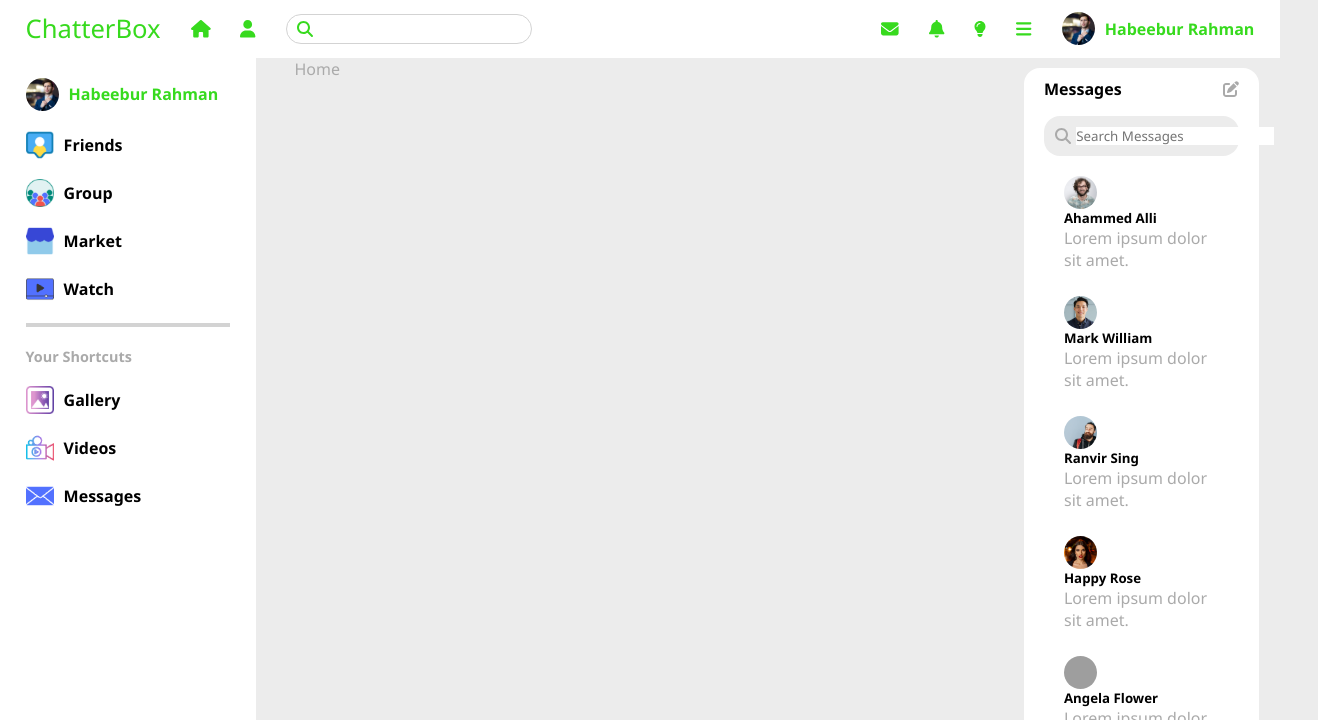
Repository: Habeebur1493/social-media-app
Page: /
An editor plug-in stored every save of this project. The page is shown before and after the next save, followed by the edit.
The browser window is 1280 px wide. The page is 1318 px wide, so the pictures cover 1318 px, including what lies to the right of the window. The pictures show the whole page.
Pictures or frames that could not be fetched are drawn as grey boxes. The project was rebuilt for these pictures with package versions that can differ from the ones it lists, and the page was loaded fresh each time. Also part of the build but not shown: vite.config.js, src/pages/login/login.css, src/pages/login/Login.jsx, src/pages/signup/signup.css, src/pages/signup/Signup.jsx, src/pages/profile/Profile.jsx, src/pages/chatbox/Chatbox.jsx.

Above is the page before, as saved 2025-01-29 11:51:39.

### src/App.jsx
import './App.css'
import Layout from './Layout/layout'

function App() {

  return (
    <>
      <Layout />

    </>
  )
}

export default App

### src/App.css
*{
  margin: 0;
  padding: 0;
  box-sizing: border-box;
  text-align: none;
  list-style: none;
  font-family: 'Segoe UI', Tahoma, Geneva, Verdana, sans-serif;
  text-decoration: none;
  outline: none;
  border: none;
}

:root{
  --color-primary:#37da1e;
  --text-color: black;
  --color-bg:rgb(236, 236, 236);
  --color-card: white;
  --color-soft:#aaaaaa;
  --color-border:lightgray;
  --color-red:red;
}

.darkmode{
  --text-color: white;
  --color-bg:black;
  --color-card:#111111;

}

body{
  overflow-x: hidden;
}

.container{
  max-width: 991px;
  width: 100%;
  margin: 0 auto;
}
h1,h2,h3,h4,h5{
  font-weight: 600;
  color: var(--text-color);
}
img{
  width: 100%;
  display: block;
  object-fit: cover;
}
.user{
  display: flex;
  align-items: center;
  gap: 10px;
}
.user img{
  width: 33px;
  aspect-ratio: 1/1;
  border-radius: 50%;
}
.user h4{
  color: var(--color-primary)
}
body{
  background: var(--color-bg);
  color: var(--color-soft);
}
small,p{
  color: var(--color-soft);
}
.btn{
  padding: .6rem 1.6rem;
  display: inline-block;
  width: fit-content;
  cursor: pointer;
  border-radius: .5rem;
  font-size: .9rem;
  font-weight: 500;
  border: none;
  transition: .3s ease;

}
.btn:hover{
  opacity: .7;
}
.btn-primary{
  background: var(--color-primary);
  color: white;
}

.btn-red{
  background: var(--color-red);
  color: white;
}

main{
  display: grid;
  grid-template-columns: 20% 54% 23%;
  gap: 3%;
  width: 100%;
}

### src/Layout/layout.jsx
import React from 'react'

import { createBrowserRouter, Outlet, RouterProvider } from 'react-router-dom'

//Pages.....
import Login from '../pages/login/Login'
import Signup from '../pages/signup/Signup'
import Home from '../pages/home/Home'
import Profile from '../pages/profile/Profile'
import Chatbox from '../pages/chatbox/Chatbox'


//Components.....
import Nav from '../components/nav/Nav'
import LeftBar from '../components/leftbar/LeftBar'
import RightBar from '../components/rightbar/RightBar'

export default function layout() {

//Feed..........
const Feed = () => {
    return (
        <>
        <Nav/>
            <main>
                <LeftBar/>
                <div className="container">
                    <Outlet/>
                </div>
                <RightBar/>
            </main>
        </>
    )
}


    //Router..........
    const router = createBrowserRouter([
        {
            path : '/',
            element : <Feed/>,
            children: [
                {
                    path : '/',
                    element :<Home/>
                },
                {
                    path : '/profile/:id',
                    element :<Profile/>
                },
                {
                    path : '/chatbox/:id',
                    element :<Chatbox/>
                },
               ]
        },

        {
            path : '/login',
            element : <Login/>
        },
        {
            path : '/signup',
            element : <Signup/>
        },
    ])


    return (
        <>
            <RouterProvider router={router} />
        </>
    )
}

### src/pages/home/Home.jsx
import React from 'react'

export default function Home(){
  return (
    <div>
        Home
    </div>
  )
}

### src/components/nav/Nav.jsx
import React from 'react'
import './nav.css'
import { Link } from 'react-router-dom'

//Fake API............

import CurrentUser from '../../FackApis/CurrentUserData'

//Components............

import Darkmode from '../darkmod/Darkmode'

// FontAwesome Icons............
import { FontAwesomeIcon } from '@fortawesome/react-fontawesome'
import { faSearch, faHome, faUser, faEnvelope, faBell, faBars } from '@fortawesome/free-solid-svg-icons'


export default function Nav() {
  return (
    <nav>
      <div className="nav-container">
        {/* ............Nav Left........ */}
        <div className="nav-left">
          <Link to='/'>
            <h3 className='logo'>ChatterBox</h3>
          </Link>
          <Link to='/'>
            <FontAwesomeIcon icon={faHome}/>
          </Link>
          <Link to='/profile/id'>
            <FontAwesomeIcon icon={faUser}/>
          </Link>
          <div className="Nav-Searchbar">
            <FontAwesomeIcon icon={faSearch}/>
            <input type="search" />
          </div>
        </div>
{/* ............Nav Right........ */}
        <div className="nav-right">
          <Link to='/chatbox/id'>
            <FontAwesomeIcon icon={faEnvelope}/>
          </Link>
          <Link to='/'>
            <FontAwesomeIcon icon={faBell}/>
          </Link>
          <Darkmode/>
          <Link to='/'>
            <FontAwesomeIcon icon={faBars}/>
          </Link>
          <div className="user">
            <img src={CurrentUser.map(user => (user.ProfieImage))} alt="" />
            <h4>Habeebur Rahman</h4>
          </div>
        </div>
      </div>
    </nav>
  )
}

### src/components/leftbar/LeftBar.jsx
import React from 'react'
import './leftbar.css'
import { Link } from 'react-router-dom'


//Components.......
import CurrentUser from '../../FackApis/CurrentUserData'

//Icon Image......
import Friend from '../../assets/icon/1.png'
import Group from '../../assets/icon/2.png'
import Market from '../../assets/icon/3.png'
import Watch from '../../assets/icon/4.png'
import Gallery from '../../assets/icon/5.png'
import Videos from '../../assets/icon/6.png'
import Messages from '../../assets/icon/7.png'

export default function LeftBar() {
  return (
    <div className='leftbar'>
      <div className="left-container">
        <div className="menu">
          <Link to='/profile/id'>
          <div className="user">
            <img src={CurrentUser.map(user=>(user.ProfieImage))} alt="" />
            <h4>Habeebur Rahman</h4>
          </div>
          </Link>
          <Link to='/'>
          <div className="item">
            <img src={Friend} alt="" />
            <h4>Friends</h4>
          </div>
          </Link>
          <Link to='/'>
          <div className="item">
            <img src={Group} alt="" />
            <h4>Group</h4>
          </div>
          </Link>
          <Link to='/'>
          <div className="item">
            <img src={Market} alt="" />
            <h4>Market</h4>
          </div>
          </Link>
          <Link to='/'>
          <div className="item">
            <img src={Watch} alt="" />
            <h4>Watch</h4>
          </div>
          </Link>

        </div>
          <hr />
        <div className="menu">
          <h4 className='others'>Your Shortcuts</h4>
          <Link to='/'>
          <div className="item">
            <img src={Gallery} alt="" />
            <h4>Gallery</h4>
          </div>
          </Link>
          <Link to='/'>
          <div className="item">
            <img src={Videos} alt="" />
            <h4>Videos</h4>
          </div>
          </Link>
          <Link to='/'>
          <div className="item">
            <img src={Messages} alt="" />
            <h4>Messages</h4>
          </div>
          </Link>
        </div>
      </div>
    </div>
  )
}

### src/components/rightbar/RightBar.jsx
import React from 'react'
import './rightbar.css'

//Components.......
import Message from '../message/Message'
import FriendReq from '../friendReq/FriendReq'


export default function RightBar() {
  return (
    <div className='rightbar'>
      <div className="rightbar-container">
        <Message/>
        <FriendReq/>
      </div>
    </div>
  )
}

### src/components/nav/nav.css
nav{
    height: 3.6rem;
    display: flex;
    align-items: center;
    justify-content: center;
    border-bottom: 1px solid var (--color-border);
    color: var(--color-primary);
    position: sticky;
    z-index: 10;
    background: var(--color-card);
    top: 0;
}

.nav-container{
    width: 96%;
    display: flex;
    align-items: center;
    justify-content: space-between;
}
.nav-container a{
    color: var(--color-primary);
    font-size: 1.1rem;
}
.nav-left{
    display: flex;
    align-items: center;
    gap: 30px
}

.logo{
    color: var(--color-primary);
    font-size: 1.6rem;
    font-weight: 400;
}

.Nav-Searchbar{
    display: flex;
    align-items: center;
    gap: 10px;
    border: 1px solid var(--color-border);
    border-radius: 2rem;
    padding: 5px 10px;
}

.Nav-Searchbar input{
    background: transparent;
    color: var(--color-primary);
}
.nav-right{
    display: flex;
    align-items: center;
    gap: 30px;
}

/* Media Queries */

@media(max-width: 768px) {
     nav .user{
        display: none;
     }
     .nav-container a{
        font-size: 1rem;
     }
     .nav-container .logo{
        font-size: 1.3rem;
     }
     .Nav-Searchbar{
        border: none;
        padding: 0;
     }
     .Nav-Searchbar input{
        display: none;
     }
     .nav-left, .nav-right{
        gap: 20px;
     }
}

### src/FackApis/CurrentUserData.js

import ProfieImage from '../assets/img/CurentProfile.jpeg';
import CoverPhoto from '../assets/img/CoverPhotos.jpg';

const CurrentUser = [
    {
        id: 'me',
        name : 'Habeebur Rahman',
        username: '@theHabeebur',
        ProfieImage: ProfieImage,
        CoverPhoto: CoverPhoto
    }
];

export default CurrentUser;

### src/components/darkmod/Darkmode.jsx
import React from 'react'
import './darkmode.css'


// FontAwesome Icon........


import { FontAwesomeIcon } from '@fortawesome/react-fontawesome'
import { faLightbulb } from '@fortawesome/free-solid-svg-icons'

export default function Darkmode() {

  const Darkmode = () => {
    document.querySelector('body').classList.toggle('darkmode');
  }
  return (
    <div className='dark-mood-icon'>
        <FontAwesomeIcon icon={faLightbulb}
        onClick={Darkmode} />
    </div>
  )
}

### src/components/leftbar/leftbar.css
.leftbar{
    position: sticky;
    top: 3.6rem;
    background: var(--color-card);
    height: calc(100vh -3.6rem);
    overflow: auto;
}
.leftbar::-webkit-scrollbar{
    display: none;
}
.left-container{
    width: 80%;
    margin: 0 auto;
}
.left-container .user{
    margin-top: 20px;
}

.left-container .item{
    display: flex;
    align-items: center;
    gap: 10px;
    margin: 20px 0;
}
.left-container .item img{
    width: 28px;
}

hr{
    background: var(--color-border);
    border: none;
    height: 4px;
    margin-bottom: 20px;
}
.others{
    color: var(--color-soft);
    font-size: .9rem;
}

/* Media Quries */

@media (max-width: 1024px){
    .left-container{
        width: fit-content;
    }
    .left-container h4{
        display: none;
    }
}

@media (max-width:991px){
    .leftbar{
        display: none;
    }
}

### src/components/rightbar/rightbar.css
.rightbar{
    height: calc(100vh - 3.6rem);
    /* background: var(--color-card); */
    position: sticky;
    top: 3.6rem;
    overflow: auto;
}

.rightbar::-webkit-scrollbar{
    display: none;
}
.rightbar-container{
    width: 80%;
}

### src/components/message/Message.jsx
import React from 'react'
import { Link } from 'react-router-dom'

import './message.css'

//Fack Api.............

import MessageData from '../../FackApis/MessageData'

// Font Awesome Icons............

import { FontAwesomeIcon } from '@fortawesome/react-fontawesome'
import { faSearch, faHome, faUser, faEnvelope, faBell, faBars, faEdit } from '@fortawesome/free-solid-svg-icons'

export default function Message() {
  return (
    <div className='message'>
      <div className="message-top">
        <h4>Messages</h4>
        <FontAwesomeIcon icon={faEdit}/>
      </div>
      <div className="message-search">
        <FontAwesomeIcon icon={faSearch}/>
        <input type="search" placeholder='Search Messages'/>
      </div>
      <div className="border-div"></div>

      {
        MessageData.map((message) => (
          <Link to='/chatbox/id'>
            <div className="message" key={message.id}>
              <div className="user">
                <img src={message.img} alt="" />
                <div className="green-active"></div>
              </div>
              <div className="message-body">
                <h5>{message.name}</h5>
                <p>{message.mText}</p>
              </div>
            </div>
          </Link>
        ))
      }
    </div>
  )
}

### src/components/friendReq/FriendReq.jsx
import React from 'react'

export default function FriendReq() {
  return (
    <div>FriendReq</div>
  )
}

### src/components/darkmod/darkmode.css
.dark-mood-icon:{
    transition: .3s ease;
}

.dark-mood-icon:hover{
    transform: scale(1.2);

}

### src/components/message/message.css
.message{
    background: var(--color-card);
    margin: 10px auto;
    border-radius: 1rem;
    padding: 10px 20px 5px 20px;
}

.message-top{
    display: flex;
    align-items: center;
    justify-content: space-between;
    margin-bottom: 1rem;
}

.message-search{
    background: var(--color-bg);
    display: flex;
    gap: 5px;
    align-items: center;
    border-radius: 1rem;
    padding: .7rem;
}

### src/FackApis/MessageData.js

import MeessageImage1 from '../assets/img/MessageProfile1.png'
import MeessageImage2 from '../assets/img/MessageProfile2.jpg'
import MeessageImage3 from '../assets/img/MessageProfile4.jpg'
import MeessageImage4 from '../assets/img/MessageProfile5.jpg'
import MeessageImage5 from '../assets/img/MessageProfile6.jpg'


const Messages =[
    {
        id: 1,
        name: 'Ahammed Alli',
        img: MeessageImage1,
        mText: 'Lorem ipsum dolor sit amet.'
    },
    {
        id: 2,
        name: 'Mark William',
        img: MeessageImage2,
        mText: 'Lorem ipsum dolor sit amet.'
    },
    {
        id: 3,
        name: 'Ranvir Sing',
        img: MeessageImage3,
        mText: 'Lorem ipsum dolor sit amet.'
    },
    {
        id: 4,
        name: 'Happy Rose',
        img: MeessageImage4,
        mText: 'Lorem ipsum dolor sit amet.'
    },
    {
        id: 5,
        name: 'Angela Flower',
        img: MeessageImage5,
        mText: 'Lorem ipsum dolor sit amet.'
    },
];


export default Messages;

Loaded but not shown: index.html (common file); src/main.jsx (common file)

After the next save:
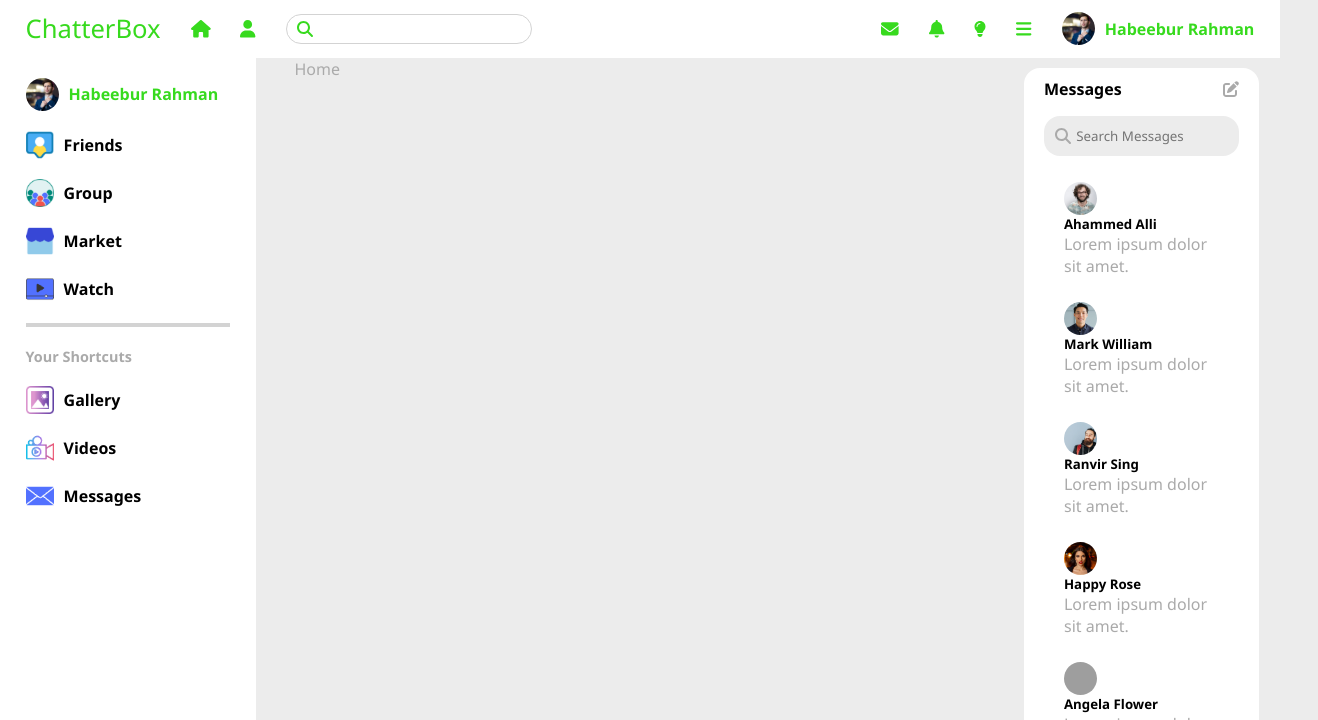
Saved 3 min 14 s later.
--- a/src/components/message/message.css
+++ b/src/components/message/message.css
@@ -19,4 +19,10 @@
     align-items: center;
     border-radius: 1rem;
     padding: .7rem;
+    margin-bottom: 1rem;
 }
+
+.message-search input{
+    background: transparent;
+    color: var(--color-text);
+}
